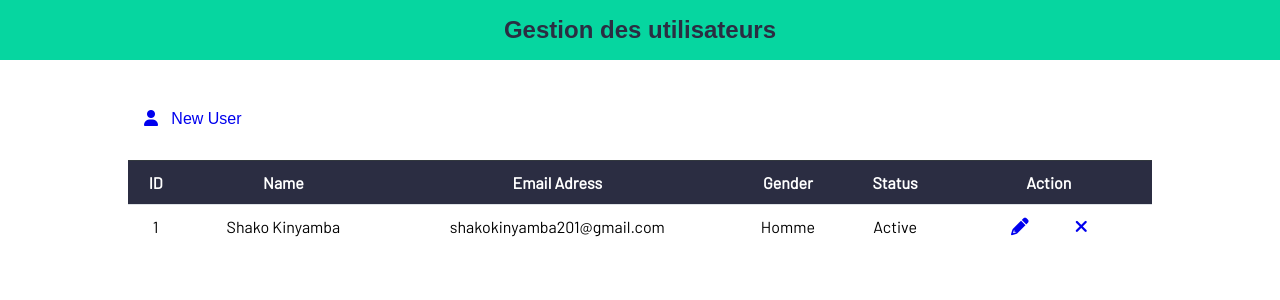
Repository: SKB-TECH/CrudMren
Page: index.html
The author's editor kept a copy of each file at every save. The page is drawn from the files as they stood at one save, then again after the next save.
The browser window is 1280 px wide. The pictures show the whole page.
Some web fonts or font styles are not loaded; a fallback is used.

Above is the page before, as saved 2022-10-11 14:38:34.

After the next save:
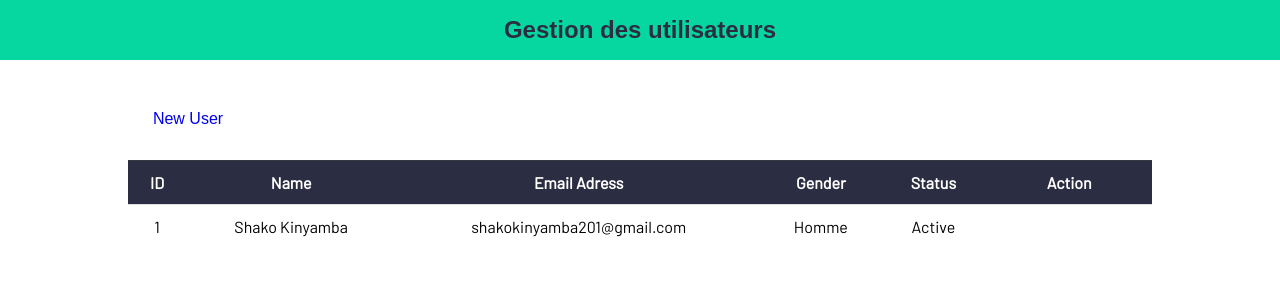
Saved 4 min 23 s later.
--- a/index.html
+++ b/index.html
@@ -5,9 +5,7 @@
     <meta charset="UTF-8">
     <meta http-equiv="X-UA-Compatible" content="IE=edge">
     <meta name="viewport" content="width=device-width, initial-scale=1.0">
-    <link rel="stylesheet" href="https://cdnjs.cloudflare.com/ajax/libs/font-awesome/6.2.0/css/all.min.css"
-        integrity="sha512-xh6O/CkQoPOWDdYTDqeRdPCVd1SpvCA9XXcUnZS2FmJNp1coAFzvtCN9BmamE+4aHK8yyUHUSCcJHgXloTyT2A=="
-        crossorigin="anonymous" referrerpolicy="no-referrer" />
+
     <link rel="stylesheet" href="./assets/css/style.css">
     <title>CRUD APPLICATION</title>
 </head>
